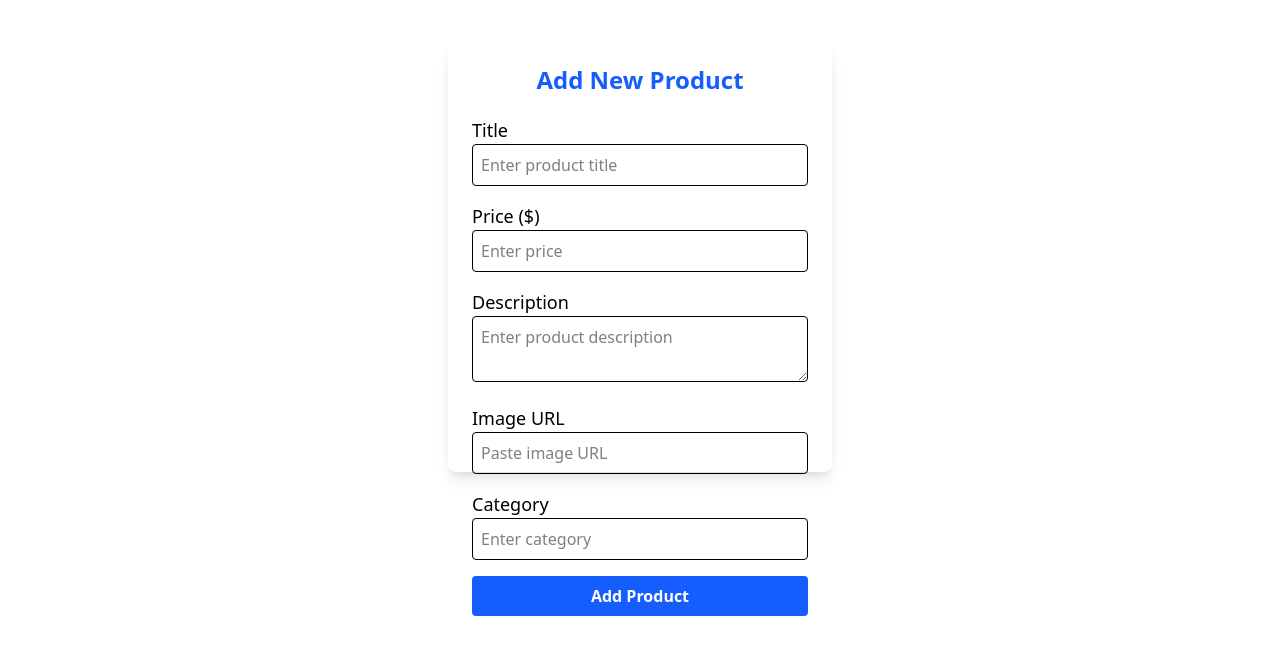
Repository: Habeebur1493/React-App
Page: /add-products
An editor plug-in stored every save of this project. The page is shown before and after the next save, followed by the edit.
The browser window is 1280 px wide. The pictures show the whole page.
The page's requests for data from a server got no answer. The project was rebuilt for these pictures with package versions that can differ from the ones it lists, and the page was loaded fresh each time. No one was signed in, and anything a server would have sent is missing. Also part of the build but not shown: vite.config.js, src/Components/Login.jsx, src/Components/Nav.jsx, src/Components/Loading.jsx, src/Components/Home.jsx, src/Components/Details.jsx, src/Components/About.jsx, src/Components/Services.jsx and 2 more.

Above is the page before, as saved 2025-02-01 15:20:15.

After the next save:
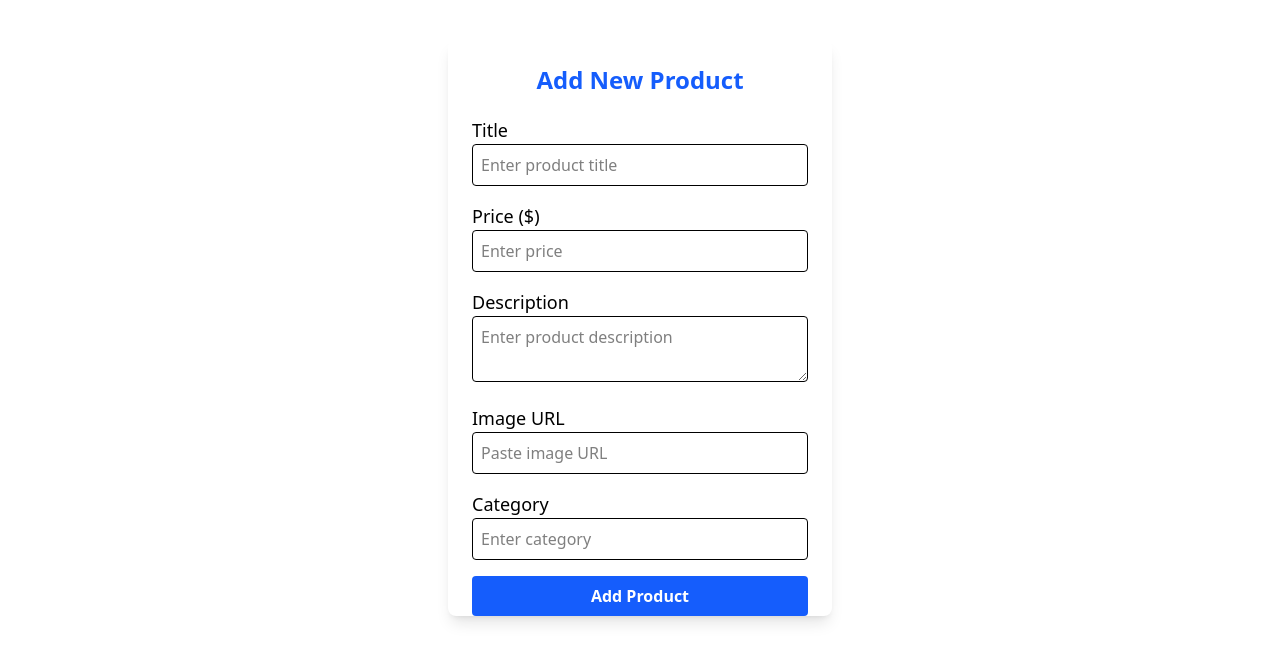
Saved 4 s later.
--- a/src/Components/Addproducts.jsx
+++ b/src/Components/Addproducts.jsx
@@ -52,7 +52,7 @@ const AddProduct = ({ selectedProduct, setSelectedProduct }) => {
   };
 
   return (
-    <div className='w-[30%] h-[60%] mx-auto bg-white p-6 rounded-lg shadow-lg mt-10'>
+    <div className='w-[30%] h-[80%] mx-auto bg-white p-6 rounded-lg shadow-lg mt-10'>
       <h2 className='text-2xl font-bold mb-5 text-center text-blue-600'>
         {selectedProduct ? "Update Product" : "Add New Product"}
       </h2>
